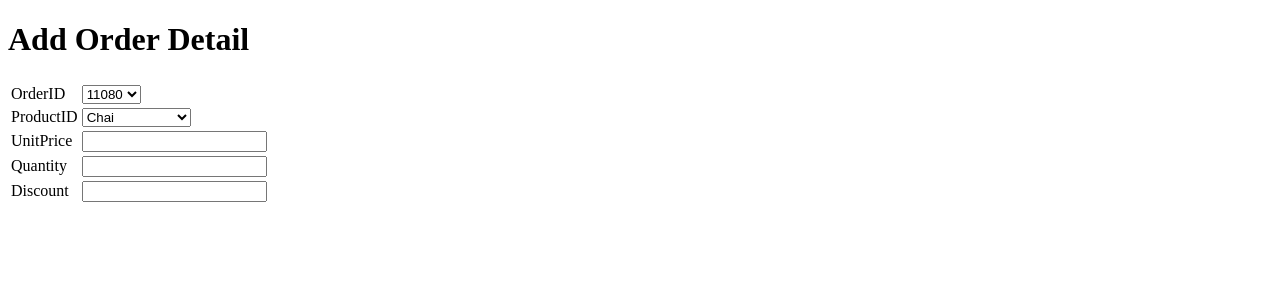
Repository: kaza1509/PRJ301
Page: SE1613/web/addOrderDetail.html
The author's editor kept a copy of each file at every save. The page is drawn from the files as they stood at one save, then again after the next save.
The browser window is 1280 px wide. The pictures show the whole page.

Above is the page before, as saved 2022-01-20 00:56:25.

After the next save:
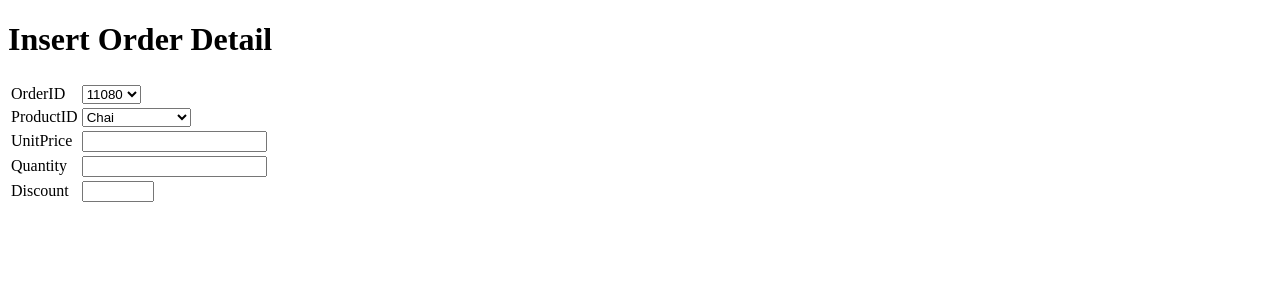
Saved 3 min 15 s later.
--- a/SE1613/web/addOrderDetail.html
+++ b/SE1613/web/addOrderDetail.html
@@ -4,13 +4,13 @@
         <meta charset="UTF-8">
         <meta http-equiv="X-UA-Compatible" content="IE=edge">
         <meta name="viewport" content="width=device-width, initial-scale=1.0">
-        <title>Add Order Detail</title>
+        <title>Insert Order Detail</title>
     </head>
     <body>
-        <form action="" method="post">
+        <form action="ControllerOrderDetail" method="post">
             <table>
                 <tr>
-                    <h1>Add Order Detail</h1>
+                    <h1>Insert Order Detail</h1>
                 </tr>
                 <tr>
                     <td>OrderID</td>
@@ -47,9 +47,10 @@
                 <tr>
                     <td>Discount</td>
                     <td>
-                        <input type="number" name="discount" step="0.01">
+                        <input type="number" name="discount" step="0.01" max="1" min="0">
                     </td>
                 </tr>
+
             </table>
         </form>
     </body>
